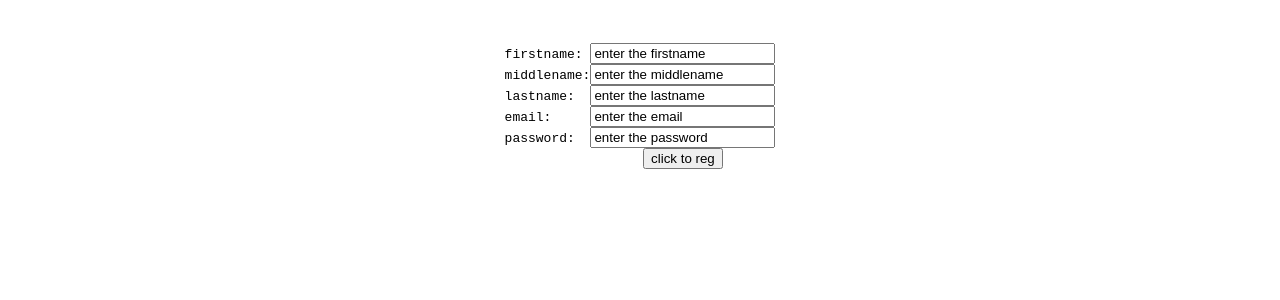
Repository: Raghava3/spring
Page: http://localhost/studentregistration/
These files come from the project's save history. The page is drawn as it stood at one moment and after the next save; the edit follows.
The browser window is 1280 px wide. The pictures show the whole page.
The page is served by Tomcat 9. Other server files are loaded and not shown.

Above is the page before, as saved 2017-04-04 05:35:12.

### studentcompleteregistration/studentregistration/src/main/webapp/index.jsp
<%@ page language="java" contentType="text/html; charset=UTF-8"
    pageEncoding="UTF-8"%>
<!DOCTYPE html PUBLIC "-//W3C//DTD HTML 4.01 Transitional//EN" "http://www.w3.org/TR/html4/loose.dtd">
<html>
<head>
<meta http-equiv="Content-Type" content="text/html; charset=UTF-8">
<title>Insert title here</title>
</head>
<body>
<pre>
<center>
<form action="loginpage" method="post">
firstname: <input type="text" name="firstname" value="enter the firstname">
middlename:<input type="text" name="middlename" value="enter the middlename">
lastname:  <input type="text" name="name" value="enter the lastname">
email:     <input type="text" name="email" value="enter the email">
password:  <input type="pass" name="password" value="enter the password">
           <input type="submit" value="click to reg">
</form>
</center>
</pre>
</body>
</html>

After the next save:
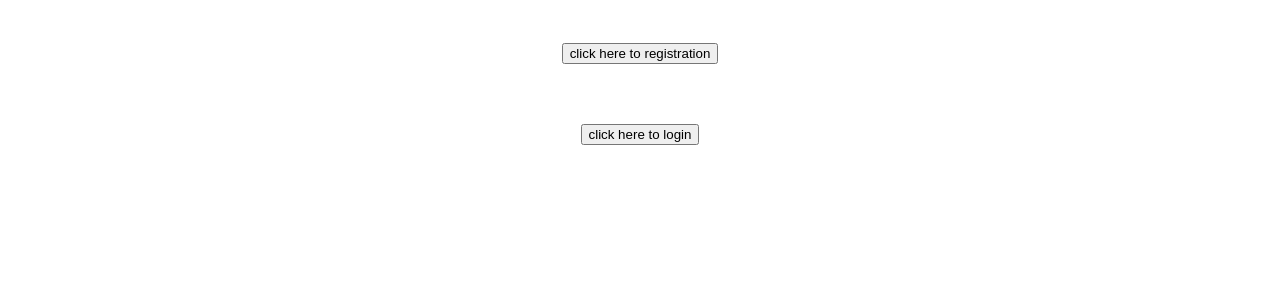
Saved 4 min 42 s later.
--- a/studentcompleteregistration/studentregistration/src/main/webapp/index.jsp
+++ b/studentcompleteregistration/studentregistration/src/main/webapp/index.jsp
@@ -6,17 +6,18 @@
 <meta http-equiv="Content-Type" content="text/html; charset=UTF-8">
 <title>Insert title here</title>
 </head>
-<body>
+<body bg color="blue">
 <pre>
 <center>
-<form action="loginpage" method="post">
-firstname: <input type="text" name="firstname" value="enter the firstname">
-middlename:<input type="text" name="middlename" value="enter the middlename">
-lastname:  <input type="text" name="name" value="enter the lastname">
-email:     <input type="text" name="email" value="enter the email">
-password:  <input type="pass" name="password" value="enter the password">
-           <input type="submit" value="click to reg">
+<form action="registration" method="post">
+<input type="submit" value="click here to registration" >
 </form>
+
+
+<form action="login" method="post">
+<input type="submit" value="click here to login" >
+</form>
+
 </center>
 </pre>
 </body>
